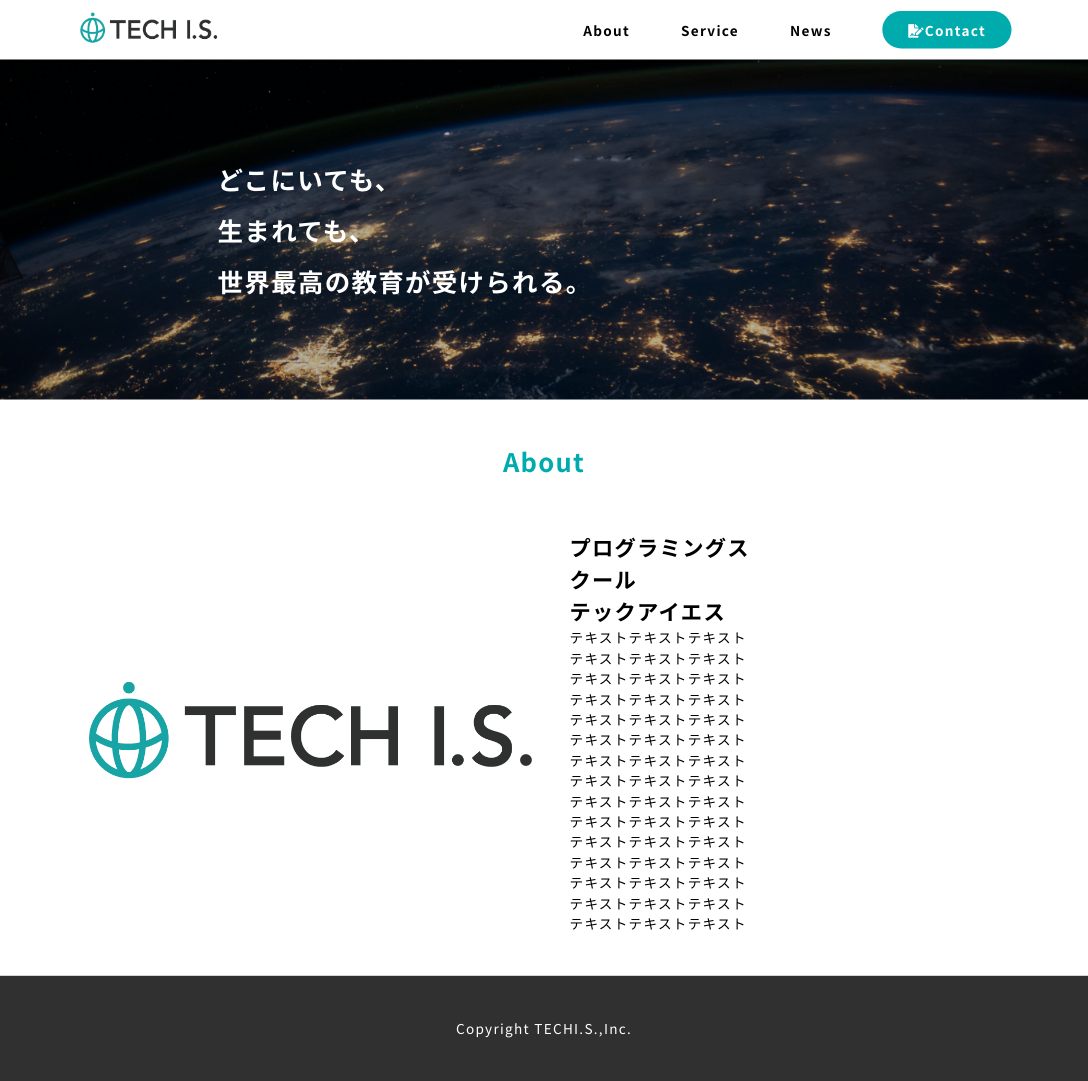
Repository: ryunoesta/lp-techis
Page: indx.html
These files come from the project's save history. The page is drawn as it stood at one moment and after the next save; the edit follows.
The browser window is 1280 px wide. The pictures show the whole page, at 85% of full size.

Above is the page before, as saved 2022-06-15 22:21:33.

### indx.html
<!DOCTYPE html>
<html lang="ja">
<head>
    <meta charset="UTF-8">
    <meta http-equiv="X-UA-Compatible" content="IE=edge">
    <meta name="viewport" content="width=device-width, initial-scale=1.0">
    <!-- reset css -->
    <link rel="stylesheet" href="./CSS/reset.css">
    <!-- style css -->
    <link rel="stylesheet" href="./CSS/style.css">
    <!-- fontawesome -->
    <link rel="stylesheet" href="https://use.fontawesome.com/releases/v5.15.1/css/all.css">
    <title>プログラミングスクール テックアイエス</title>
</head>
<body>
    <!-- header -->
    <header class="header">
        <h1 class="logo">
            <img src="./img/logo.png" alt="ロゴ画像">
        </h1>
        <ul class="menu-pc">
            <li><a href="#">About</a></li>
            <li><a href="#">Service</a></li>
            <li><a href="#">News</a></li>
            <!-- リンク先追加 -->
            <li><a href="contact"><i class="fas fa-file-signature"></i>Contact</a></li>
        </ul>
    </header>

    <!-- main -->
    <main>
        <!-- fv -->
        <section class="front-fv">
            <img src="./img/top1.png" alt="ファーストビュー">
            <h2>どこにいても、
                <br>
                生まれても、
                <br>
                世界最高の教育が受けられる。
            </h2>
        </section>

        <!-- about -->
        <section class="front-about">
            <h2 class="front-common__title">
                About
            </h2>
            <ul class="front-about__list">
                <li class="front-about__item"><img src="./img/logo.png" alt="ロゴ画像"></li>
                <li class="front-about__item">
                    <div class="front-about_txt">
                        <h3>
                            プログラミングスクール
                            <br>
                            テックアイエス
                        </h3>
                        <p>テキストテキストテキストテキストテキストテキストテキストテキストテキストテキストテキストテキストテキストテキストテキスト テキストテキストテキストテキストテキストテキストテキストテキストテキストテキストテキストテキストテキストテキストテキスト テキストテキストテキストテキストテキストテキストテキストテキストテキストテキストテキストテキストテキストテキストテキスト</p>
                    </div>
                </li>
            </ul>
        </section>




    </main>


    <!-- footer -->
    <footer class="footer"> <!-- footerはブロックレベル要素 -->
        <p>
            <small>Copyright TECHI.S.,Inc.</small>
        </p>
    </footer>
</body>
</html>

### CSS/reset.css
*, *::before, *::after {
    box-sizing: border-box;
}
html, body, div, span, applet, object, iframe, h1, h2, h3, h4, h5, h6, p, blockquote, pre, a,
abbr, acronym, address, big, cite, code, del, dfn, em, font, ins, kbd, q, s, samp, small, strike,
strong, sub, sup, tt, var, dl, dt, dd, ol, ul, li, fieldset, form, label, legend, table,
caption, tbody, tfoot, thead, tr, th, td {
    border: 0;
    font-size: 100%;
    font-weight: inherit;
    margin: 0;
    outline: 0;
    padding: 0;
    vertical-align: baseline;
}
body {
    width: 100%;
    height: 100%;
    margin: 0 auto;
    letter-spacing: 1.5px;
    line-height: 1.5;
}
img {
    width: 100%;
    height: 100%;
    top: 0;
    left: 0;
    object-fit: cover;
}
a {
    color: black;
    text-decoration: none;
}
ol, ul {
    list-style: none;
}
table {
    border-collapse: separate;
    border-spacing: 0;
}

### CSS/style.css
/* フォントの設定 */
@import url('https://fonts.googleapis.com/css2?family=Noto+Sans+JP&display=swap');
html, body {
    font-size: 16px;
    font-family: 'Noto Sans JP', sans-serif;
}

/* header */
.header {
    display: flex;
    align-items: center;
    justify-content: space-between;
    max-width: 1100px;
    height: 70px;
    margin: auto;
}

.logo img {
    width: 170px;
    height: auto;
}

.menu-pc {
    display: flex;
    align-items: center;
}

.menu-pc li {
    margin: 0 30px;
}

.menu-pc a {
    font-weight: bold;
}

.menu-pc li:last-child {
    margin-right: 0;
}

.menu-pc li:last-child a {
    display: block;
    color: #fff;
    background: #00abae;
    padding: 10px 30px;
    border-radius: 50px;
}

/* footer */
.footer {
    padding: 50px;  /* paddingにautoはない */
    background: #303030;
}

.footer p {
    color: #fff;
    text-align: center;
}

/* fv */
.front-fv {
    position: relative;
    height: 400px;
}

.front-fv h2 {
    position: absolute;
    top: 50%;
    -webkit-transform: translateY(-50%);
    -moz-transform: translateY(-50%);
    -ms-transform: translateY(-50%);
    -o-transform: translateY(-50%);
    transform: translateY(-50%);
    left: 20%;
    color: #fff;
    font-size: 30px;
    font-weight: bold;
    line-height: 2;
}

/* common */
.front-common__title {
    position: relative;
    font-size: 30px;
    font-weight: bold;
    color: #00abae;
    text-align: center;
    margin-bottom: 50px;
    padding-bottom: 10px;
}

/* about */
.front-about {
    max-width: 1100px;
    margin: 50px auto;
}

.front-about__list {
    display: flex;
    align-items: center;
    justify-content:center;
}

.front-about__item {
    width: 50%;
}

.front-about__item h3 {
    font-size: 25px;
    font-weight: bold;
}

.front-about_txt {
    width: 40%;
    margin-left: 30px;
}

.front-about_txt h4 {
    font-size: 25px;
    line-height: 1.5;
}

.front-about__item p {
    margin-top: 10px 0;
}

After the next save:
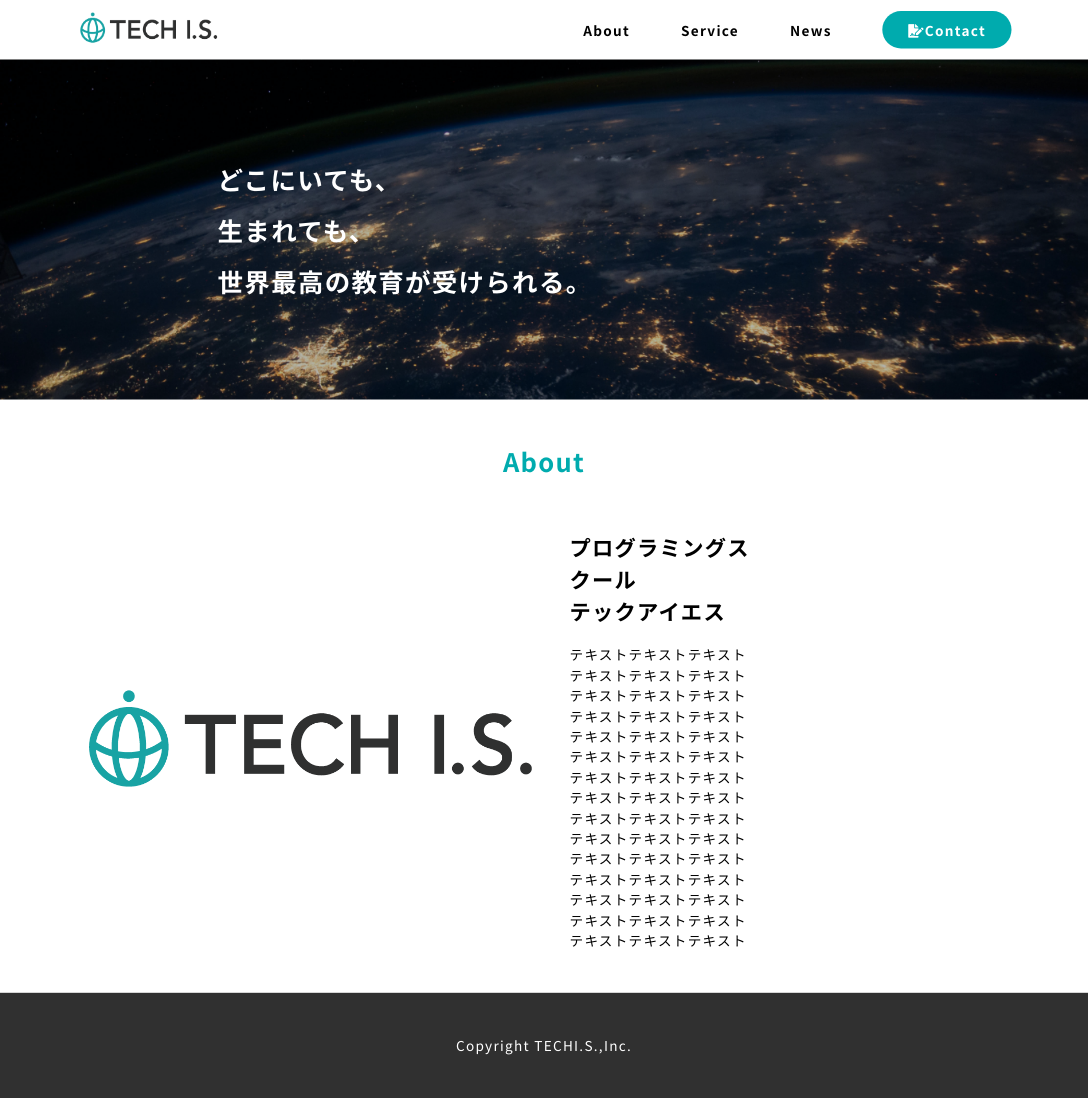
Saved 8 s later.
--- a/CSS/style.css
+++ b/CSS/style.css
@@ -120,5 +120,5 @@
 }
 
 .front-about__item p {
-    margin-top: 10px 0;
+    margin-top: 20px;
 }
